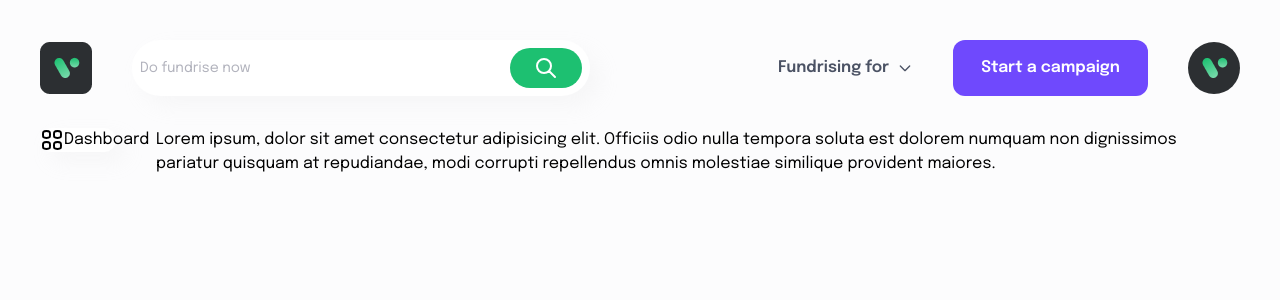
Repository: hoang0508/CrowFunding-APP
Page: /
The author's editor kept a copy of each file at every save. The page is drawn from the files as they stood at one save, then again after the next save.
The browser window is 1280 px wide. The pictures show the whole page.
The project was rebuilt for these pictures with package versions that can differ from the ones it lists, and the page was loaded fresh each time. Also part of the build but not shown: src/components/icons/IconEyeToggle.js, src/components/common/ErrorComponent.js, src/components/button/ButtonGoogle.js. Imported but missing from the stored project, and not drawn on this page: src/store/reducers.

Above is the page before, as saved 2022-07-21 09:33:47.

### public/index.html
<!DOCTYPE html>
<html lang="en">
  <head>
    <meta charset="utf-8" />
    <link rel="icon" href="%PUBLIC_URL%/favicon.ico" />
    <meta name="viewport" content="width=device-width, initial-scale=1" />
    <meta name="theme-color" content="#000000" />
    <meta
      name="description"
      content="Web site created using create-react-app"
    />
    <link rel="apple-touch-icon" href="%PUBLIC_URL%/logo192.png" />
    <!--
      manifest.json provides metadata used when your web app is installed on a
      user's mobile device or desktop. See https://developers.google.com/web/fundamentals/web-app-manifest/
    -->
    <link rel="manifest" href="%PUBLIC_URL%/manifest.json" />
    <!--
      Notice the use of %PUBLIC_URL% in the tags above.
      It will be replaced with the URL of the `public` folder during the build.
      Only files inside the `public` folder can be referenced from the HTML.

      Unlike "/favicon.ico" or "favicon.ico", "%PUBLIC_URL%/favicon.ico" will
      work correctly both with client-side routing and a non-root public URL.
      Learn how to configure a non-root public URL by running `npm run build`.
    -->
    <link rel="preconnect" href="https://fonts.googleapis.com" />
    <link rel="preconnect" href="https://fonts.gstatic.com" crossorigin />
    <link
      href="https://fonts.googleapis.com/css2?family=Epilogue:wght@400;500;600;700&display=swap"
      rel="stylesheet"
    />
    <title>Crowfunding App</title>
  </head>
  <body>
    <noscript>You need to enable JavaScript to run this app.</noscript>
    <div id="root"></div>
    <!--
      This HTML file is a template.
      If you open it directly in the browser, you will see an empty page.

      You can add webfonts, meta tags, or analytics to this file.
      The build step will place the bundled scripts into the <body> tag.

      To begin the development, run `npm start` or `yarn start`.
      To create a production bundle, use `npm run build` or `yarn build`.
    -->
  </body>
</html>

### src/index.js
import React from "react";
import { createRoot } from "react-dom/client";
import App from "./App";
import reportWebVitals from "./reportWebVitals";
import "./index.scss";
import { Provider } from "react-redux";
import { store } from "./store/configureStore";
import { BrowserRouter } from "react-router-dom";

const container = document.getElementById("root");
const root = createRoot(container);

root.render(
  <BrowserRouter>
    <Provider store={store}>
      <App />
    </Provider>
  </BrowserRouter>
);

// If you want to start measuring performance in your app, pass a function
// to log results (for example: reportWebVitals(console.log))
// or send to an analytics endpoint. Learn more: https://bit.ly/CRA-vitals
reportWebVitals();

### src/App.js
import React, { lazy, Suspense } from "react";
import { Route, Routes } from "react-router-dom";
const SignUpPage = lazy(() => import("./pages/SignUpPage"));
const SignInPage = lazy(() => import("./pages/SignInPage"));
const DashboardPage = lazy(() => import("pages/DashboardPage"));

function App() {
  return (
    <Suspense fallback={<></>}>
      <Routes>
        <Route path="/" element={<DashboardPage />}></Route>
        <Route path="/sign-up" element={<SignUpPage />}></Route>
        <Route path="/sign-in" element={<SignInPage />}></Route>
      </Routes>
    </Suspense>
  );
}

export default App;

### src/index.scss
@tailwind base;
@tailwind components;
@tailwind utilities;
@layer base {
  body {
    @apply font-primary text-base font-normal;
    line-height: 1.5;
  }
  input {
    @apply outline-none;
  }
}

input:focus + .error-input {
  display: none;
}

### src/store/configureStore.js
import { configureStore } from "@reduxjs/toolkit";
import createSagaMiddleware from "@redux-saga/core";
import logger from "redux-logger";
import { reducer } from "./reducers";
const sagaMiddleware = createSagaMiddleware();

export const store = configureStore({
  reducer: reducer,
  middleware: (gDM) => gDM().concat(logger, sagaMiddleware),
});
// sagaMiddleware.run(rootSaga);

### src/pages/DashboardPage.js
import LayoutDashboard from "layout/LayoutDashboard";
import React from "react";

const DashboardPage = () => {
  return (
    <LayoutDashboard>
      Lorem ipsum, dolor sit amet consectetur adipisicing elit. Officiis odio
      nulla tempora soluta est dolorem numquam non dignissimos pariatur quisquam
      at repudiandae, modi corrupti repellendus omnis molestiae similique
      provident maiores.
    </LayoutDashboard>
  );
};

export default DashboardPage;

### src/components/icons/index.js
export const { default: IconEyeToggle } = require("./IconEyeToggle");
export const { default: IconDashboard } = require("./IconDashboard");

### src/components/button/index.js
export const { default: Button } = require("./Button");
export const { default: ButtonGoogle } = require("./ButtonGoogle");

### src/layout/LayoutDashboard.js
import DashboardSidebar from "modules/dashboard/DashboardSidebar";
import DashboardTopbar from "modules/dashboard/DashboardTopbar";
import React from "react";

const LayoutDashboard = ({ children }) => {
  return (
    <div className="p-10 bg-lite min-h-screen">
      <DashboardTopbar></DashboardTopbar>
      <div className="flex items-start gap-x-10">
        <DashboardSidebar></DashboardSidebar>
        <div>{children}</div>
      </div>
    </div>
  );
};

export default LayoutDashboard;

### src/components/icons/IconDashboard.js
import React from "react";

const IconDashboard = () => {
  return (
    <span>
      <svg
        width={24}
        height={24}
        viewBox="0 0 24 24"
        fill="none"
        xmlns="http://www.w3.org/2000/svg"
      >
        <path
          fillRule="evenodd"
          clipRule="evenodd"
          d="M3 6.5C3 3.87479 3.02811 3 6.5 3C9.97189 3 10 3.87479 10 6.5C10 9.12521 10.0111 10 6.5 10C2.98893 10 3 9.12521 3 6.5Z"
          stroke="currentColor"
          strokeWidth={2}
          strokeLinecap="round"
          strokeLinejoin="round"
        />
        <path
          fillRule="evenodd"
          clipRule="evenodd"
          d="M14 6.5C14 3.87479 14.0281 3 17.5 3C20.9719 3 21 3.87479 21 6.5C21 9.12521 21.0111 10 17.5 10C13.9889 10 14 9.12521 14 6.5Z"
          stroke="currentColor"
          strokeWidth={2}
          strokeLinecap="round"
          strokeLinejoin="round"
        />
        <path
          fillRule="evenodd"
          clipRule="evenodd"
          d="M3 17.5C3 14.8748 3.02811 14 6.5 14C9.97189 14 10 14.8748 10 17.5C10 20.1252 10.0111 21 6.5 21C2.98893 21 3 20.1252 3 17.5Z"
          stroke="currentColor"
          strokeWidth={2}
          strokeLinecap="round"
          strokeLinejoin="round"
        />
        <path
          fillRule="evenodd"
          clipRule="evenodd"
          d="M14 17.5C14 14.8748 14.0281 14 17.5 14C20.9719 14 21 14.8748 21 17.5C21 20.1252 21.0111 21 17.5 21C13.9889 21 14 20.1252 14 17.5Z"
          stroke="currentColor"
          strokeWidth={2}
          strokeLinecap="round"
          strokeLinejoin="round"
        />
      </svg>
    </span>
  );
};

export default IconDashboard;

### src/components/button/Button.js
import React from "react";
import PropTypes from "prop-types";
import classNames from "utils/className";

const Button = ({
  type,
  children,
  className = "",
  isLoading = false,
  ...rest
}) => {
  const child = !!isLoading ? (
    <div className="w-10 h-10 border-4 border-white border-t-transparent border-b-transparent rounded-full animate-spin"></div>
  ) : (
    children
  );
  return (
    <button
      type={type}
      className={classNames(
        "font-semibold p-4 rounded-xl flex justify-center items-center min-h-[56px]  text-white",
        !!isLoading ? "opacity-50 pointer-events-none" : "",
        className
      )}
      // className={`font-semibold py-4 rounded-xl flex justify-center items-center min-h-[56px]
      // ${className} text-white ${
      //   !!isLoading ? "opacity-50 pointer-events-none" : ""
      // }`}
      {...rest}
    >
      {child}
    </button>
  );
};

Button.propTypes = {
  type: PropTypes.string.isRequired,
  className: PropTypes.string,
  children: PropTypes.node,
  isLoading: PropTypes.bool,
};

export default Button;

### src/modules/dashboard/DashboardSidebar.js
import { IconDashboard } from "components/icons";
import React from "react";
import { NavLink } from "react-router-dom";

const sidebarLinks = [
  {
    icon: <IconDashboard></IconDashboard>,
    title: "Dashboard",
    url: "/",
  },
];

const DashboardSidebar = () => {
  return (
    <div className="w-full md:w-[76px] rounded-3xl shadow-[10px_10px_20px_rgba(218,_213,_213,_0.15)] bg-white">
      {sidebarLinks.map((link) => (
        <NavLink to={link.url} key={link.title} className="flex items-center">
          <span>{link.icon}</span>
          <span>{link.title}</span>
        </NavLink>
      ))}
    </div>
  );
};

export default DashboardSidebar;

### src/modules/dashboard/DashboardTopbar.js
import { Button } from "components/button";
import React from "react";
import DashboardFunc from "./DashboardFunc";
import DashboardSearch from "./DashboardSearch";

const DashboardTopbar = () => {
  return (
    <div className="flex items-center justify-between mb-8">
      <div className="flex items-center gap-x-10 flex-1">
        <img src="/logo.png" alt="crowfunding-app" />
        <div className="w-full max-w-[458px] ">
          <DashboardSearch></DashboardSearch>
        </div>
      </div>
      <div className="flex items-center gap-x-10 flex-1 justify-end">
        <DashboardFunc></DashboardFunc>
        <Button className="bg-secondary px-7">Start a campaign</Button>
        <img
          src="/logo.png"
          alt="crowfunding-app"
          className="rounded-full object-cover"
        />
      </div>
    </div>
  );
};

export default DashboardTopbar;

### src/utils/className.js
export default function classNames(...args) {
  return args
    .reduce((acc, val) => {
      if (typeof val === "string") {
        return acc.concat(val.split(" "));
      }
      return acc.concat(Object.values(val));
    }, [])
    .join(" ");
}

### src/modules/dashboard/DashboardFunc.js
import React from "react";

const DashboardFunc = () => {
  return (
    <div className="text-text2 font-semibold flex items-center gap-x-2">
      <span>Fundrising for</span>
      <span className="w-4">
        <svg
          xmlns="http://www.w3.org/2000/svg"
          className="h-6 w-6 max-w-full"
          fill="none"
          viewBox="0 0 24 24"
          stroke="currentColor"
        >
          <path
            strokeLinecap="round"
            strokeLinejoin="round"
            strokeWidth={2}
            d="M19 9l-7 7-7-7"
          />
        </svg>
      </span>
    </div>
  );
};

export default DashboardFunc;

### src/modules/dashboard/DashboardSearch.js
import React from "react";

const DashboardSearch = () => {
  return (
    <div className="bg-white rounded-full shadow-[10px_10px_20px_rgba(218,_213,_213,_0.15)] p-2 flex items-center">
      <div className="flex-1">
        <input
          type="text"
          placeholder="Do fundrise now"
          className=" w-full text-sm font-normal placeholder:text-text4 text-text1"
        />
      </div>
      <button className="w-[72px] h-10 rounded-full bg-primary text-white flex items-center justify-center flex-shrink-0">
        <svg
          xmlns="http://www.w3.org/2000/svg"
          className="h-6 w-6"
          fill="none"
          viewBox="0 0 24 24"
          stroke="currentColor"
        >
          <path
            strokeLinecap="round"
            strokeLinejoin="round"
            strokeWidth={2}
            d="M21 21l-6-6m2-5a7 7 0 11-14 0 7 7 0 0114 0z"
          />
        </svg>
      </button>
    </div>
  );
};

export default DashboardSearch;

### tailwind.config.js
module.exports = {
  darkMode: "class",
  content: ["./src/**/*.{js,jsx,ts,tsx}"],
  theme: {
    extend: {
      fontFamily: {
        primary: ["Epilogue", "sans-serif;"],
      },
      colors: {
        primary: "#1DC071",
        secondary: "#6F49FD",
        text1: "#171725",
        text2: "#4B5264",
        text3: "#808191",
        text4: "#B2B3BD",
        "icon-color": "#A2A2A8",
        white: "#FFFFFF",
        whiteSoft: "#FCFBFF",
        graySoft: "#FCFCFC",
        strock: "#F1F1F3",
        lite: "#FCFCFD",
        error: "#EB5757",
        darkbg: "#13131A",
        darkSecondary: "#1C1C24",
        softDark: "#22222C",
        darkSoft: "#24242C",
        darkStroke: "#3A3A43",
      },
    },
  },
  plugins: [],
};

Loaded but not shown: src/reportWebVitals.js (common file)

After the next save:
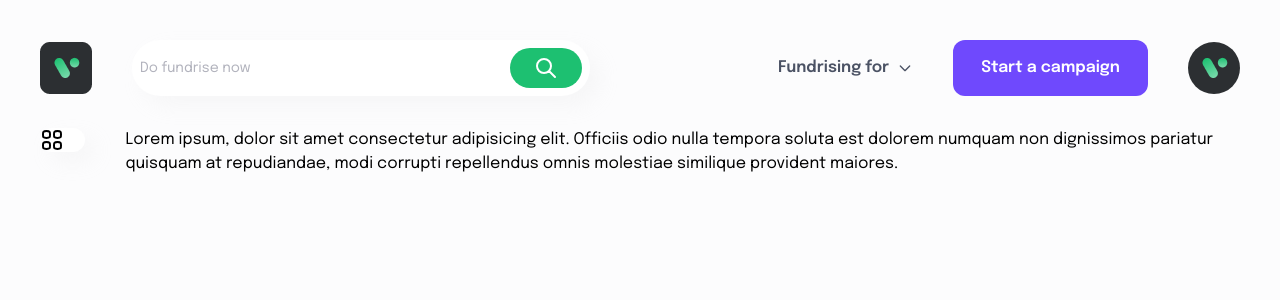
Saved 32 s later.
--- a/src/modules/dashboard/DashboardSidebar.js
+++ b/src/modules/dashboard/DashboardSidebar.js
@@ -16,7 +16,7 @@ const DashboardSidebar = () => {
       {sidebarLinks.map((link) => (
         <NavLink to={link.url} key={link.title} className="flex items-center">
           <span>{link.icon}</span>
-          <span>{link.title}</span>
+          <span className="md:hidden">{link.title}</span>
         </NavLink>
       ))}
     </div>
